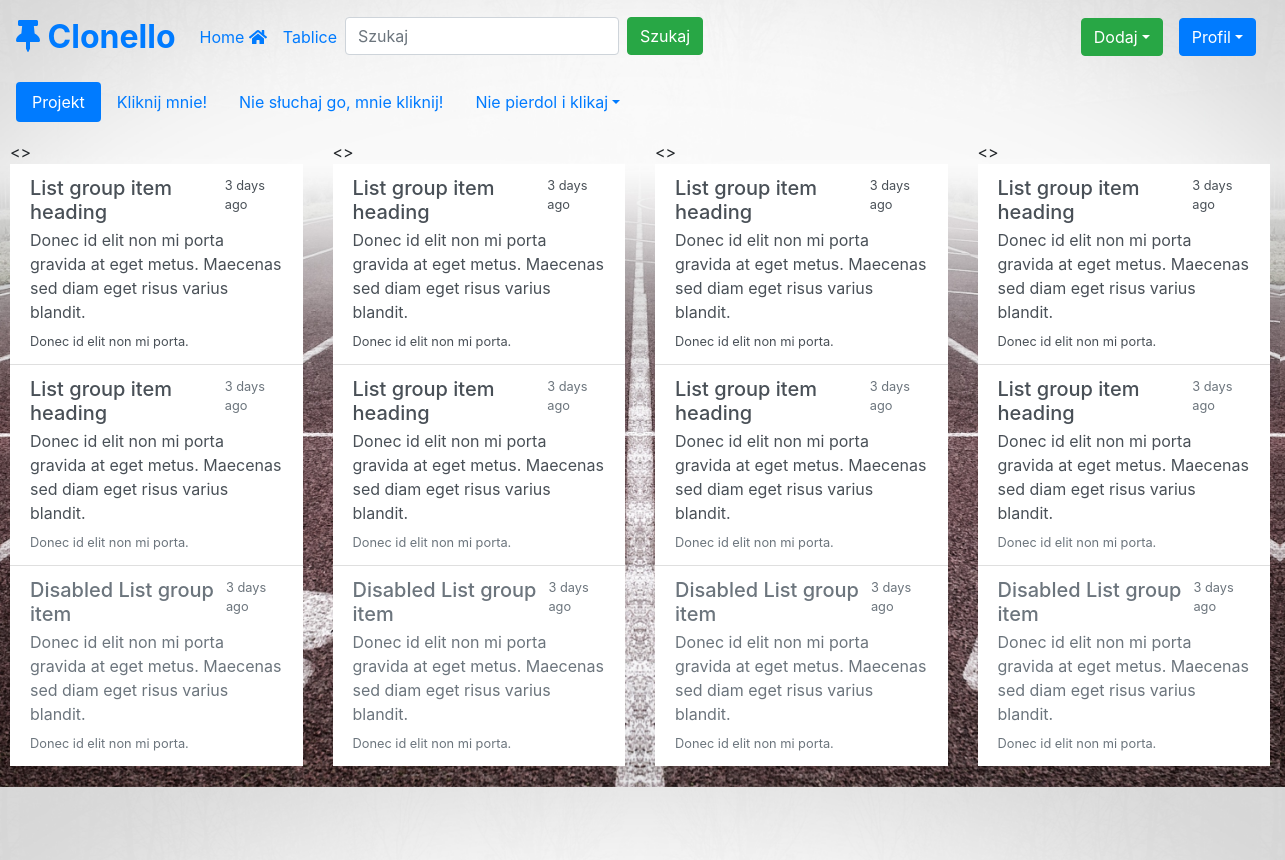
Repository: jnehlt/PAW-lab
Page: / (app in Frontend/clonello/)
The author's editor kept a copy of each file at every save. The page is drawn from the files as they stood at one save, then again after a run of saves.
The browser window is 1280 px wide. The page is 1285 px wide, so the pictures cover 1285 px, including what lies to the right of the window. The pictures show the whole page.
The project was rebuilt for these pictures with package versions that can differ from the ones it lists, and the page was loaded fresh each time.

Above is the page before, as saved 2020-04-24 23:46:50.

After the next 2 saves:
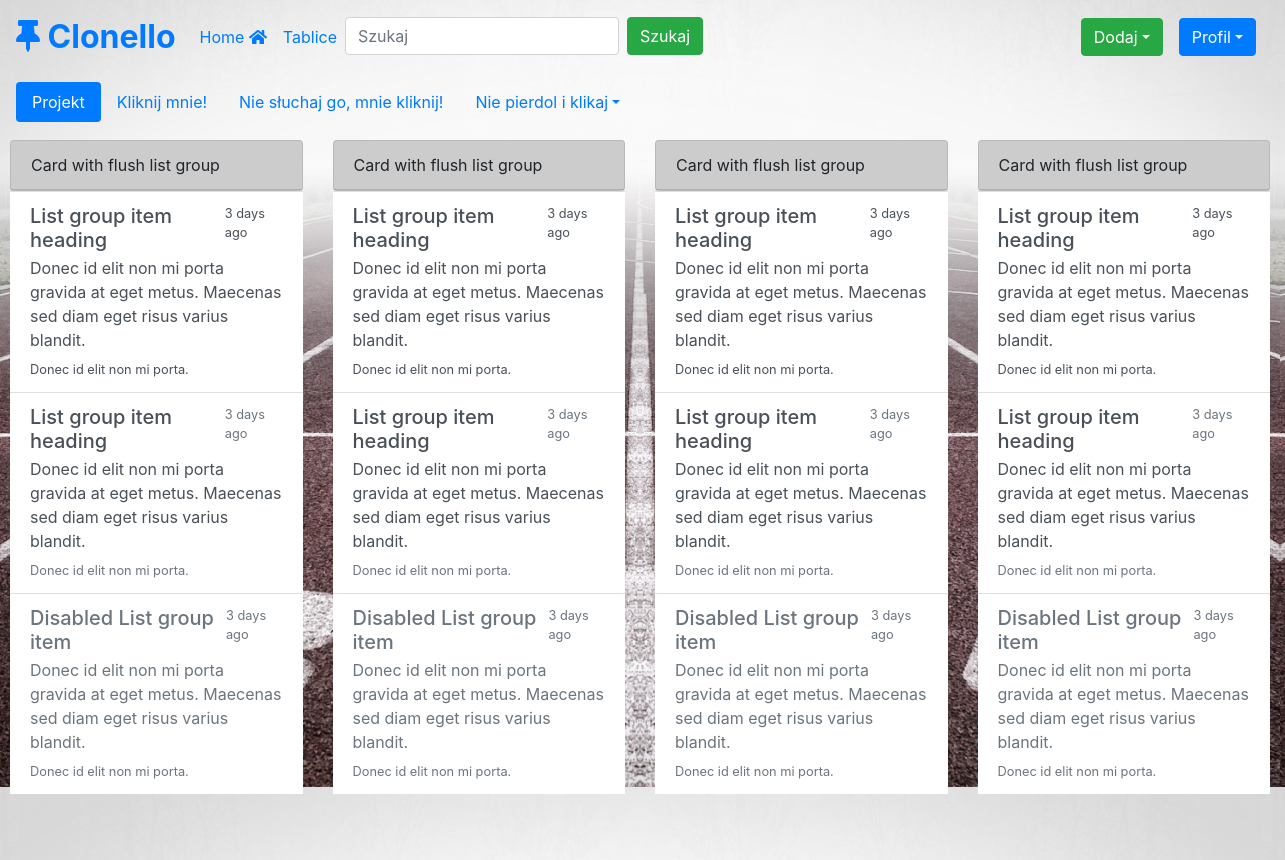
The 2 saves are shown as one change because they came seconds apart.
The last was saved 78 s later.
--- a/Frontend/clonello/src/components/MainCard.vue
+++ b/Frontend/clonello/src/components/MainCard.vue
@@ -1,6 +1,6 @@
 <template>
         <div class="col-3 col-md-3 col-sm-3">
-            <b-card id="duties-card" no-body header="Card with flush list group" <>
+            <b-card id="duties-card" no-body header="Card with flush list group" ></b-card>
                 <b-list-group flush="">
                     <b-list-group-item href="#" class="flex-column align-items-start">
                         <div class="d-flex w-100 justify-content-between">
